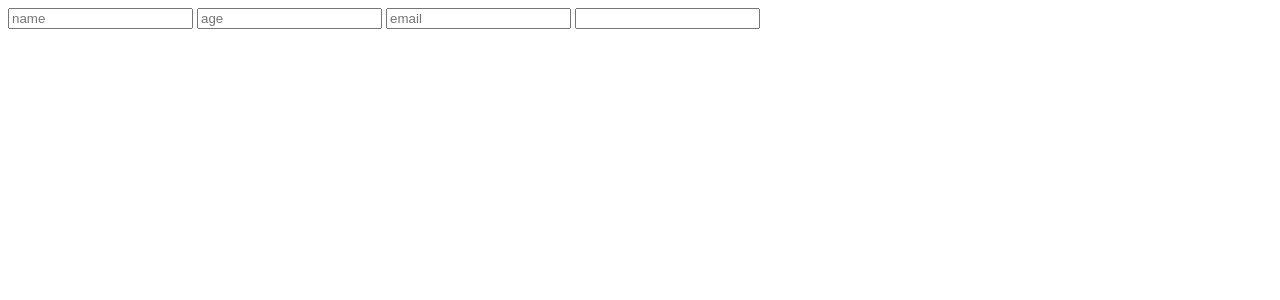
Repository: roneetkumar/java-enterprise
Page: http://localhost/College/
An editor plug-in stored every save of this project. The page is shown before and after a run of saves, followed by the edit.
The browser window is 1280 px wide. The pictures show the whole page.
The page is served by Tomcat 9. Other server files are loaded and not shown.

Above is the page before, as saved 2020-02-25 22:18:06.

### College/WebContent/index.jsp
<%@ page language="java" contentType="text/html; charset=ISO-8859-1"
    pageEncoding="ISO-8859-1"%>
<!DOCTYPE html>
<html>
<head>
<meta charset="ISO-8859-1">
<title>Insert title here</title>
</head>
<body>

	<form action="AddStudents">

		<input type="text" name="name" placeholder="name"/>
		<input type="text" name="age" placeholder="age"/>
		<input type="text" name="email" placeholder="email" />
		<input type="text" name="course"/>


	</form>

</body>
</html>

After the next 2 saves:
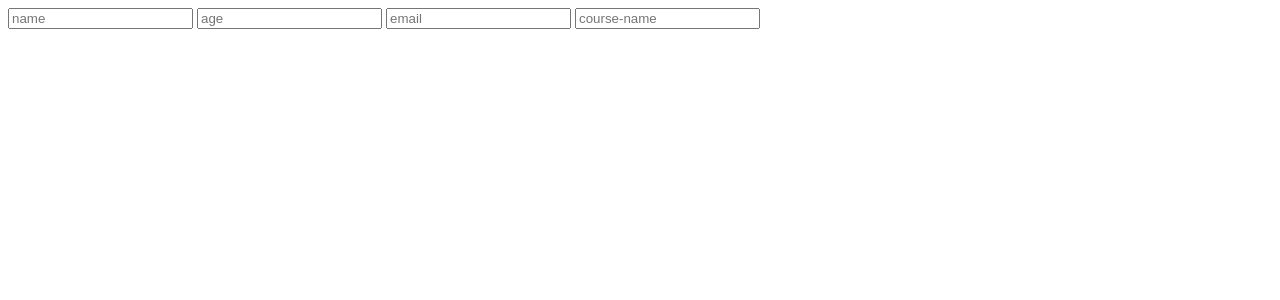
The 2 saves are shown as one change because they came seconds apart.
The last was saved 20 s later.
--- a/College/WebContent/index.jsp
+++ b/College/WebContent/index.jsp
@@ -13,7 +13,7 @@
 		<input type="text" name="name" placeholder="name"/>
 		<input type="text" name="age" placeholder="age"/>
 		<input type="text" name="email" placeholder="email" />
-		<input type="text" name="course"/>
+		<input type="text" name="cname" placeholder="course-name"/>
 
 
 	</form>
